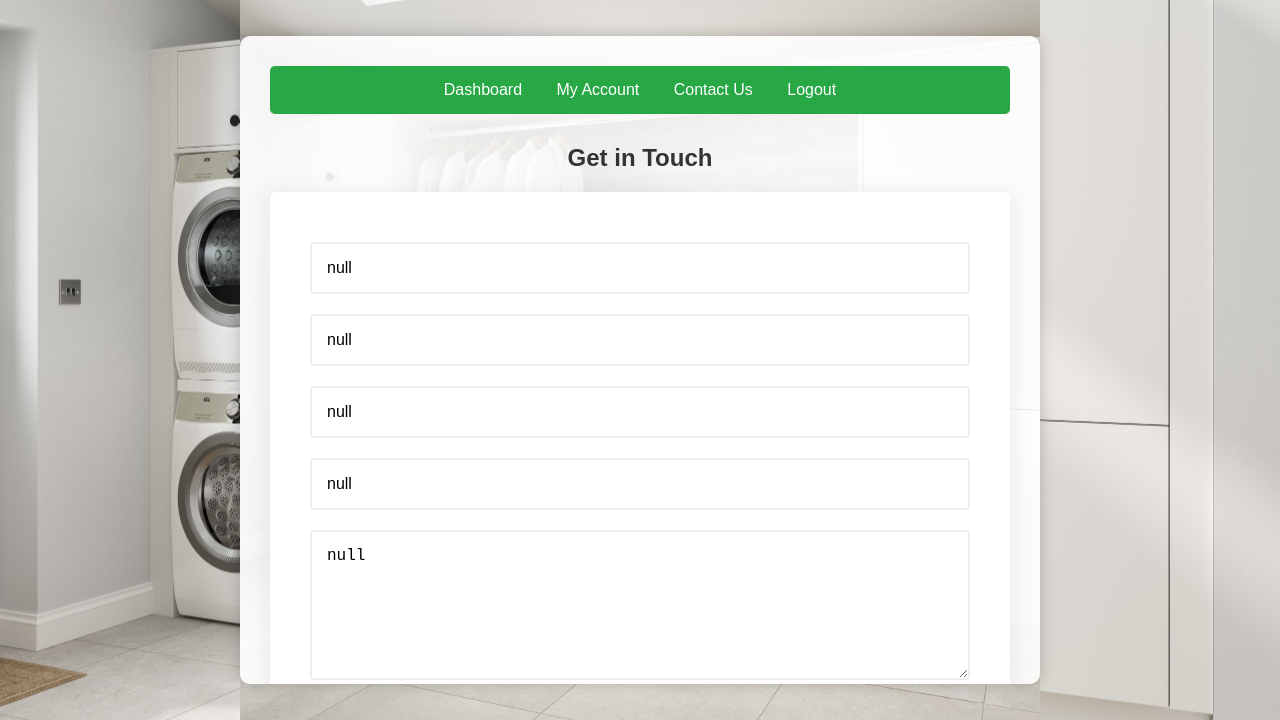
Repository: AmodhyaSharinda/java-CRUD
Page: http://localhost/java_project/updateConctactus.jsp
The author's editor kept a copy of each file at every save. The page is drawn from the files as they stood at one save, then again after the next save.
The browser window is 1280 px wide. The pictures show the whole page.
An inner scrolling area shows only its first screen. The page is served by Tomcat 9. Other server files are loaded and not shown.

Above is the page before, as saved 2024-10-01 15:00:45.

### java_project/src/main/webapp/updateConctactus.jsp
<%@ page language="java" contentType="text/html; charset=ISO-8859-1"
    pageEncoding="ISO-8859-1"%>
<%@taglib prefix="c" uri="http://java.sun.com/jsp/jstl/core"%>
<!DOCTYPE html>
<html lang="en">
<head>
  <meta charset="UTF-8">
  <meta name="viewport" content="width=device-width, initial-scale=1.0">
  <title>Contact Us</title>
  <style>
    * {
      margin: 0;
      padding: 0;
      box-sizing: border-box;
    }

    body, html {
      height: 100%;
      margin: 0;
      font-family: 'Arial', sans-serif;
      background-image: url('back.jpg');
      background-size: cover;
      background-position: center;
      background-repeat: no-repeat;
      display: flex;
      justify-content: center;
      align-items: center;
    }

    .container {
      max-width: 800px;
      width: 100%;
      background: rgba(255, 255, 255, 0.9);
      padding: 30px;
      box-shadow: 0 0 15px rgba(0, 0, 0, 0.2);
      border-radius: 10px;
      overflow-y: auto;
      max-height: 90vh;
    }

    h2 {
      margin-bottom: 20px;
      color: #333;
      text-align: center;
    }

    .nav-menu {
      background: #28a745;
      padding: 15px;
      border-radius: 5px;
      margin-bottom: 30px;
      text-align: center;
    }

    .nav-menu a {
      color: white;
      text-decoration: none;
      margin: 0 15px;
      font-size: 16px;
      transition: color 0.3s;
    }

    .nav-menu a:hover {
      text-decoration: underline;
      color: #d4edda;
    }

    .form-wrapper {
      background-color: white;
      padding: 50px 40px;
      box-shadow: rgba(0, 0, 0, 0.05) 0px 4px 20px 7px;
      border-radius: 6px;
      text-align: center;
    }

    .input, .textinput {
      width: 100%;
      padding: 15px;
      border: 2px solid #eeeeee;
      font-size: 16px;
      color: black;
      border-radius: 4px;
      margin-bottom: 20px;
    }

    .textinput {
      min-height: 150px;
    }

    .submit-btn {
      width: 100%;
      background-color: #03a9f4;
      height: 60px;
      font-size: 20px;
      font-weight: 700;
      color: white;
      border: none;
      border-radius: 4px;
      cursor: pointer;
      transition: background 0.3s;
    }

    .submit-btn:hover {
      background-color: #0381fe;
    }

    .social-media-links {
      display: flex;
      justify-content: space-evenly;
      margin: 50px 0;
    }

    .link-img {
      width: 30px;
      height: 30px;
    }

    ::placeholder {
      color: #dadada;
    }

    @media (max-width: 768px) {
      .input, .textinput, .submit-btn {
        width: 100%;
      }
    }
  </style>

  <script>
    function validateForm() {
      // Get form values
      const userName = document.forms["contactForm"]["UserName"].value;
      const email = document.forms["contactForm"]["Email"].value;
      const phoneNumber = document.forms["contactForm"]["PhoneNumber"].value;
      const msg = document.forms["contactForm"]["Msg"].value;

      // Validate user name
      if (userName.trim() === "") {
        alert("Name must be filled out");
        return false;
      }

      // Validate email format
      const emailPattern = /^[a-zA-Z0-9._-]+@[a-zA-Z0-9.-]+\.[a-zA-Z]{2,6}$/;
      if (!emailPattern.test(email)) {
        alert("Please enter a valid email address");
        return false;
      }

      // Validate phone number (simple 10-digit check)
      const phonePattern = /^\d{10}$/;
      if (!phonePattern.test(phoneNumber)) {
        alert("Please enter a valid 10-digit phone number");
        return false;
      }

      // Validate message
      if (msg.trim() === "") {
        alert("Message must be filled out");
        return false;
      }

      return true;
    }
  </script>
</head>
<body>
	<%
		String Id = request.getParameter("id");
		String Name = request.getParameter("name");
		String Email = request.getParameter("email");
		String Phone = request.getParameter("phone");
		String Msg = request.getParameter("msg");
	%>

  <div class="container">
    <div class="nav-menu">
      <a href="dashboard.jsp">Dashboard</a>
      <a href="customerAccount.jsp">My Account</a>
      <a href="contactUs.jsp">Contact Us</a>
      <a href="logout.jsp">Logout</a>
    </div>

    <h2>Get in Touch</h2>

    <form name="contactForm" action="contactUpdate" method="post" class="form-wrapper" onsubmit="return validateForm()">
      <input class="input" name="id" placeholder="User ID" value="<%= Id %>" readonly>
      <input class="input" name="UserName" placeholder="Please enter your name..." value="<%= Name %>" required>
      <input class="input" name="Email" placeholder="Please enter your email..." value="<%= Email %>" required>
      <input class="input" name="PhoneNumber" placeholder="Please enter your phone number..." value="<%= Phone %>" required>
      <textarea class="textinput" name="Msg" placeholder="Please enter your query..." required><%= Msg %></textarea>
      <button type="submit" class="submit-btn">Update</button>
    </form>

    <div class="social-media-links">
      <a href="#"><img class="link-img" src="https://workik-widget-assets.s3.amazonaws.com/Footer1-83/v1/images/Icon-twitter.png" alt="Twitter"></a>
      <a href="#"><img class="link-img" src="https://workik-widget-assets.s3.amazonaws.com/Footer1-83/v1/images/Icon-facebook.png" alt="Facebook"></a>
      <a href="#"><img class="link-img" src="https://workik-widget-assets.s3.amazonaws.com/Footer1-83/v1/images/Icon-google.png" alt="Google"></a>
      <a href="#"><img class="link-img" src="https://workik-widget-assets.s3.amazonaws.com/Footer1-83/v1/images/Icon-instagram.png" alt="Instagram"></a>
    </div>
  </div>

</body>
</html>

After the next save:
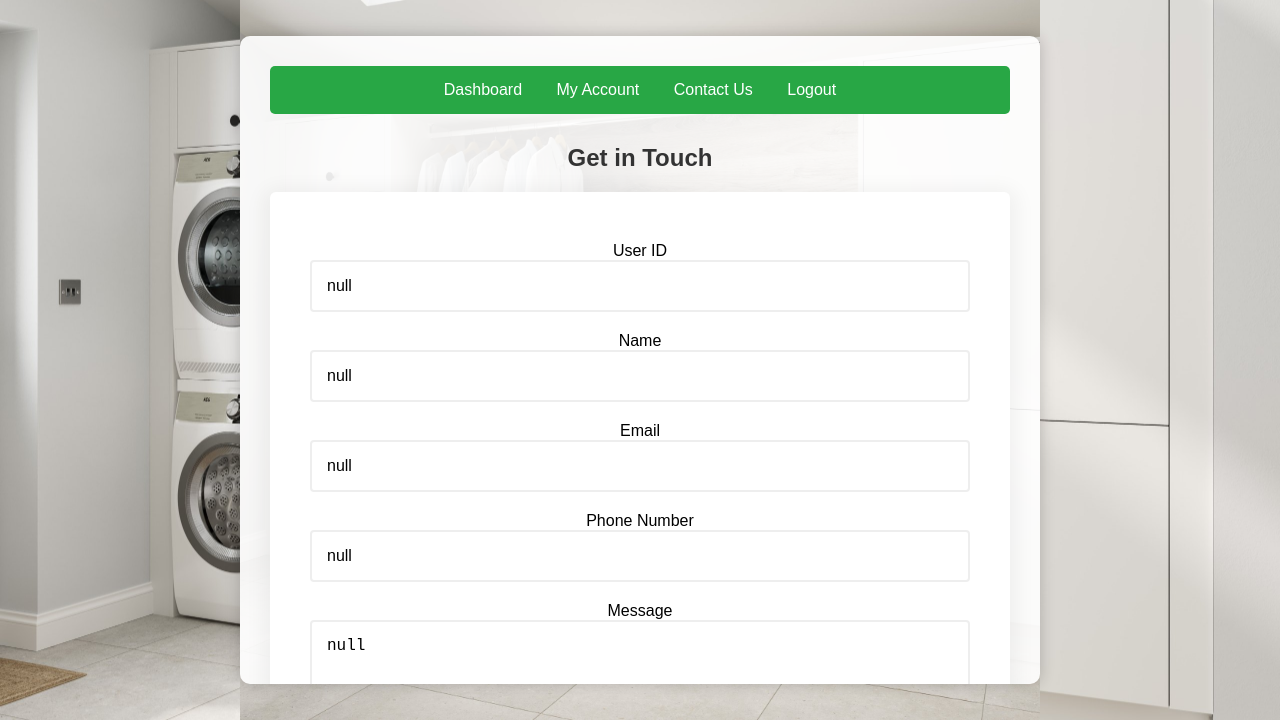
Saved 5 min 10 s later.
--- a/java_project/src/main/webapp/updateConctactus.jsp
+++ b/java_project/src/main/webapp/updateConctactus.jsp
@@ -184,10 +184,15 @@
     <h2>Get in Touch</h2>
 
     <form name="contactForm" action="contactUpdate" method="post" class="form-wrapper" onsubmit="return validateForm()">
+      <label for="id">User ID</label>
       <input class="input" name="id" placeholder="User ID" value="<%= Id %>" readonly>
+      <label for="UserName">Name</label>
       <input class="input" name="UserName" placeholder="Please enter your name..." value="<%= Name %>" required>
+      <label for="Email">Email</label>
       <input class="input" name="Email" placeholder="Please enter your email..." value="<%= Email %>" required>
+      <label for="PhoneNumber">Phone Number</label>
       <input class="input" name="PhoneNumber" placeholder="Please enter your phone number..." value="<%= Phone %>" required>
+      <label for="Msg">Message</label>
       <textarea class="textinput" name="Msg" placeholder="Please enter your query..." required><%= Msg %></textarea>
       <button type="submit" class="submit-btn">Update</button>
     </form>
